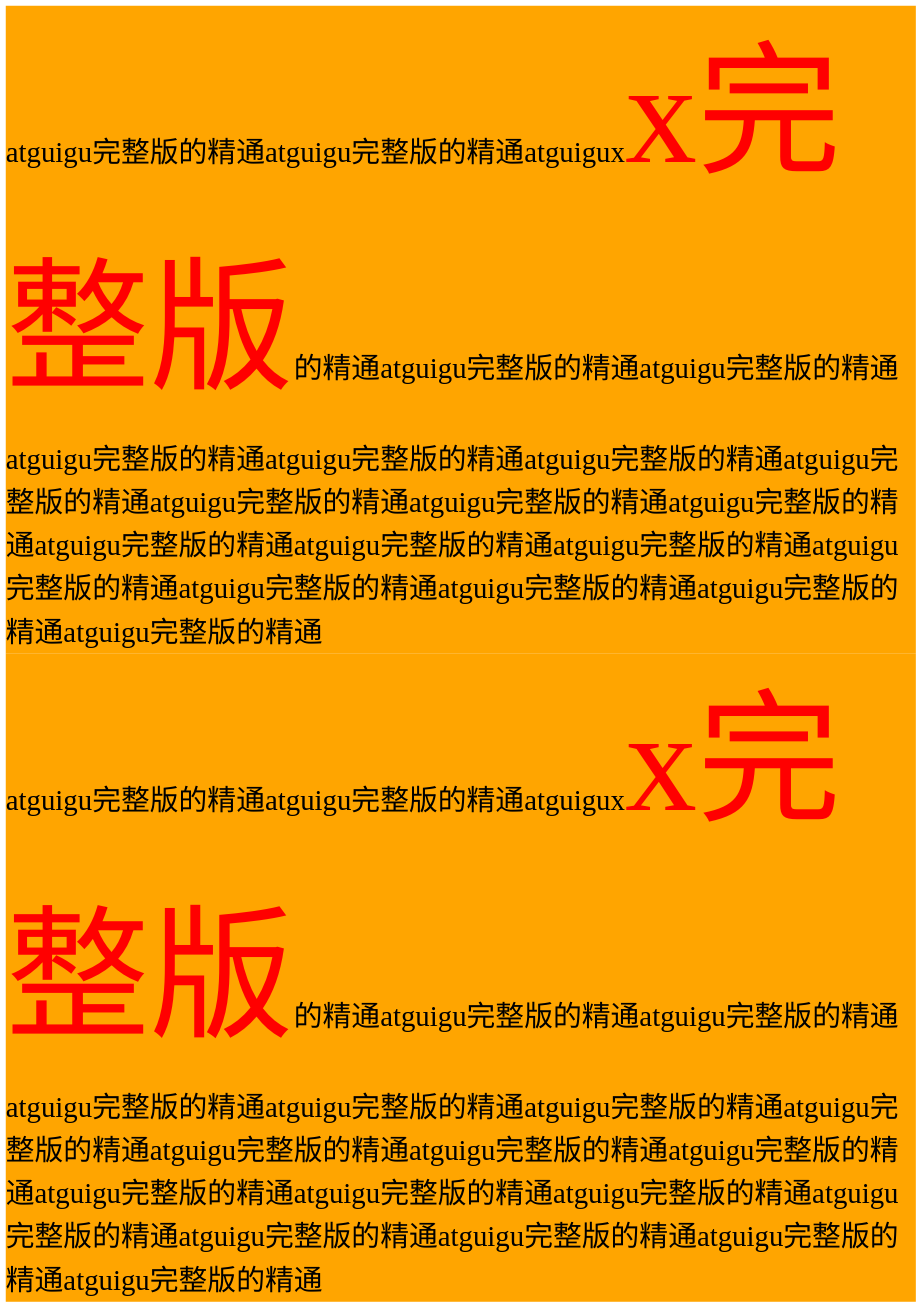
Repository: 123648923/html5-css3
Page: css/10 常用文本属性/08 行高_注意事项.html
An editor plug-in stored every save of this project. The page is shown before and after the next save, followed by the edit.
The browser window is 1280 px wide. The pictures show the whole page, at 72% of full size.

Above is the page before, as saved 2023-11-06 14:51:53.

After the next save:
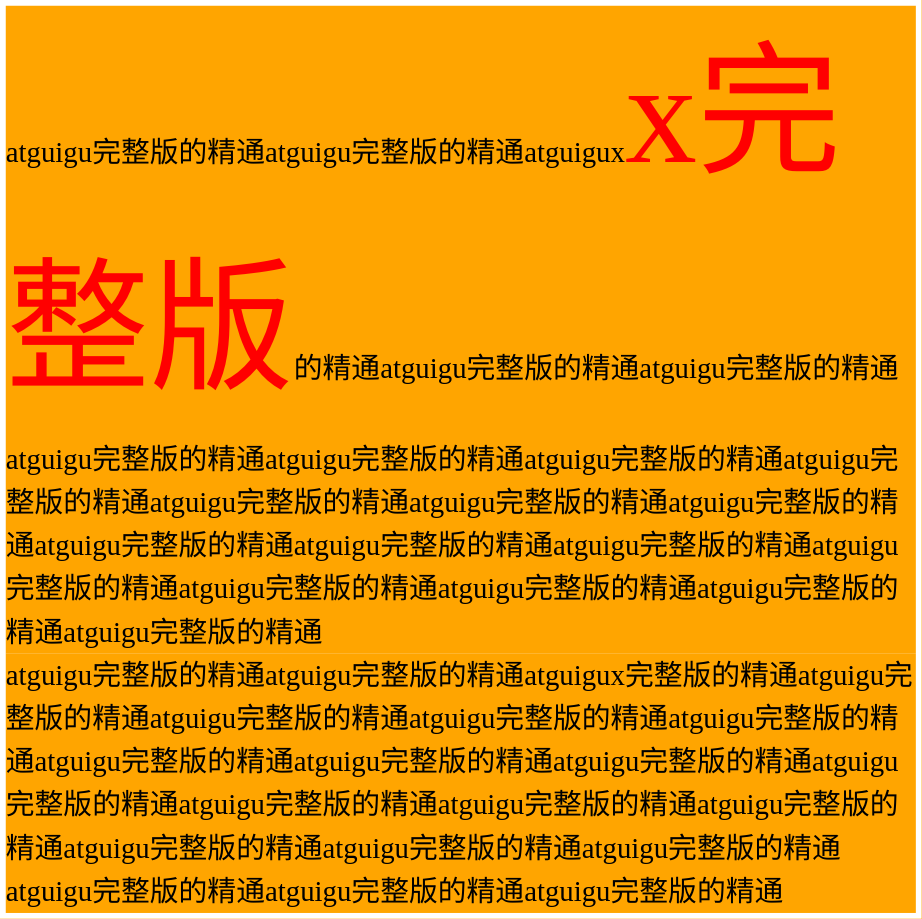
Saved 9 s later.
--- a/css/10 常用文本属性/08 行高_注意事项.html
+++ b/css/10 常用文本属性/08 行高_注意事项.html
@@ -30,7 +30,7 @@
 <body>
     <!-- <div id="d1">atguigu完整版的精通atguigu完整版的精通atguigu完整版的精通atguigu完整版的精通atguigu完整版的精通atguigu完整版的精通atguigu完整版的精通atguigu完整版的精通atguigu完整版的精通atguigu完整版的精通atguigu完整版的精通atguigu完整版的精通atguigu完整版的精通atguigu完整版的精通atguigu完整版的精通atguigu完整版的精通atguigu完整版的精通atguigu完整版的精通atguigu完整版的精通atguigu完整版的精通</div> -->
     <div id="d2">atguigu完整版的精通atguigu完整版的精通atguigux<span>x完整版</span>的精通atguigu完整版的精通atguigu完整版的精通atguigu完整版的精通atguigu完整版的精通atguigu完整版的精通atguigu完整版的精通atguigu完整版的精通atguigu完整版的精通atguigu完整版的精通atguigu完整版的精通atguigu完整版的精通atguigu完整版的精通atguigu完整版的精通atguigu完整版的精通atguigu完整版的精通atguigu完整版的精通atguigu完整版的精通</div>
-    <div id="d2">atguigu完整版的精通atguigu完整版的精通atguigux<span>x完整版</span>的精通atguigu完整版的精通atguigu完整版的精通atguigu完整版的精通atguigu完整版的精通atguigu完整版的精通atguigu完整版的精通atguigu完整版的精通atguigu完整版的精通atguigu完整版的精通atguigu完整版的精通atguigu完整版的精通atguigu完整版的精通atguigu完整版的精通atguigu完整版的精通atguigu完整版的精通atguigu完整版的精通atguigu完整版的精通</div>
+    <div id="d2">atguigu完整版的精通atguigu完整版的精通atguigux完整版的精通atguigu完整版的精通atguigu完整版的精通atguigu完整版的精通atguigu完整版的精通atguigu完整版的精通atguigu完整版的精通atguigu完整版的精通atguigu完整版的精通atguigu完整版的精通atguigu完整版的精通atguigu完整版的精通atguigu完整版的精通atguigu完整版的精通atguigu完整版的精通atguigu完整版的精通atguigu完整版的精通atguigu完整版的精通</div>
 </body>
 
 </html>
